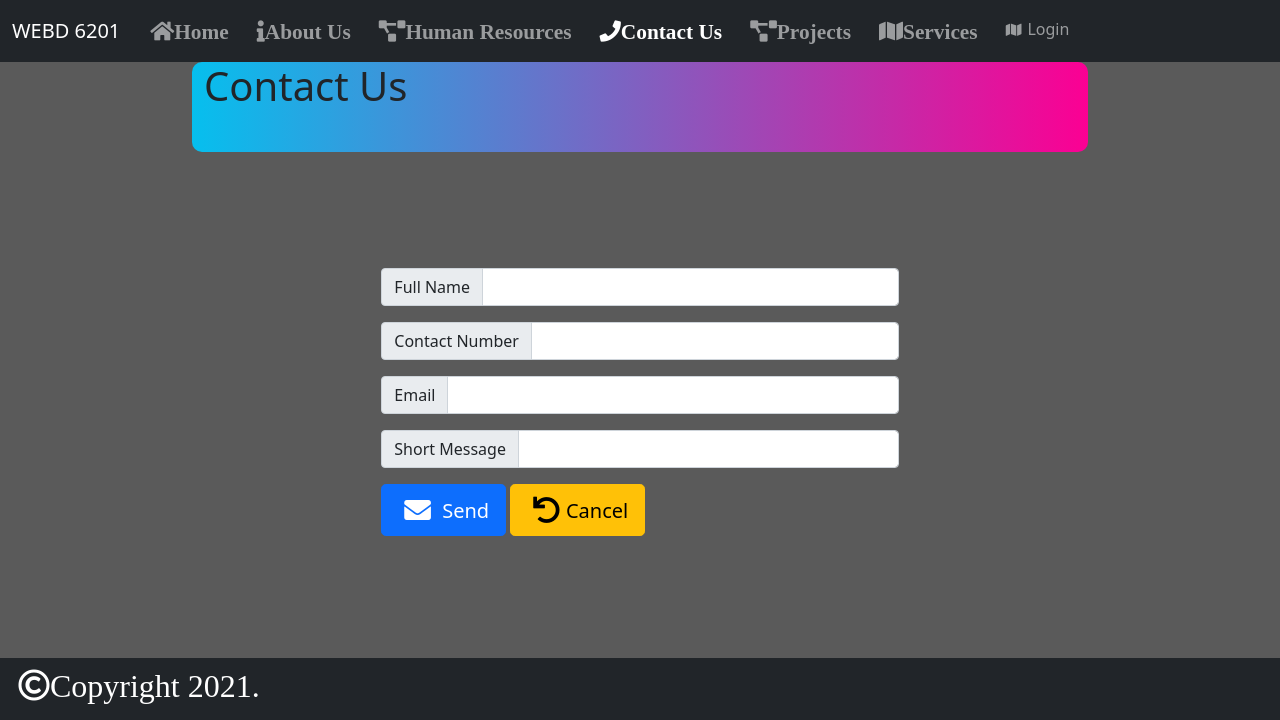
Repository: vans12345678/WEBD6201-W2021-Lab2
Page: contact.html
The author's editor kept a copy of each file at every save. The page is drawn from the files as they stood at one save, then again after the next save.
The browser window is 1280 px wide. The pictures show the whole page.

Above is the page before, as saved 2021-02-25 19:26:05.

### contact.html
<!--contact.html
Name: Andre Agrippa, Michai Pryce
Date: 02/05/2021
-->
<!DOCTYPE html>
<html lang="en">
<head>
    <meta charset="UTF-8">
    <meta name="viewport" content="width=device-width, initial-scale=1.0">
    <title>Contact Us</title>

    <!-- CSS Section -->
    <link rel="stylesheet" href="./node_modules/bootstrap/dist/css/bootstrap.min.css">
    <link rel="stylesheet" href="./node_modules/@fortawesome/fontawesome-free/css/all.min.css">
    <link rel="stylesheet" href="./Content/app.css">
</head>
<body>
  <!-- Main Header -->
    <header>
      <!-- Main Navigation -->
        <nav class="navbar navbar-expand-lg navbar-dark bg-dark">
            <div class="container-fluid">
              <a id ="navHome" class="navbar-brand" href="index.html"></a>
              <button class="navbar-toggler" type="button" data-bs-toggle="collapse" data-bs-target="#navbarSupportedContent" aria-controls="navbarSupportedContent" aria-expanded="false" aria-label="Toggle navigation">
                <span class="navbar-toggler-icon"></span>
              </button>
              <div class="collapse navbar-collapse" id="navbarSupportedContent">
                <ul id = "ulNav" class="navbar-nav me-auto mb-2 mb-lg-0">
                  <li class="nav-item">
                    <a  class="nav-link " aria-current="page" href="index.html"><i id ="navIndex"class = "fas fa-home fa-lg"></i></a>
                  </li>
                  <li class="nav-item" id ="navAbout">
                    <a  class="nav-link " aria-current="page" href="about.html"><i id ="navAboutItem"class = "fas fa-info fa-lg"></i></a>
                  </li>
                  <li class="nav-item">
                    <a  class="nav-link active" aria-current="page" href="contact.html"><i id ="navContact"class = "fas fa-phone fa-lg"></i></a>
                  </li>
                  <li class="nav-item">
                    <a  class="nav-link" aria-current="page" href="projects.html"><i id ="navProjects" class ="fas fa-project-diagram fa-lg">Products</i></a>
                  </li>
                  <li class="nav-item">
                    <a  class="nav-link " aria-current="page" href="services.html"><i id ="navServices"class = "fas fa-map fa-lg"></i></a>
                  </li>
                  <li class="nav-item" id ="navLogin">

                  </li>
                </ul>
              </div>
            </div>
          </nav>
    </header>
  <!-- Main Contents -->
    <main>
        <h1 class = "container">Contact Us</h1>
        <div class = "row justify-content-lg-center g-3 contact-form ">
          <form id = "contactForm" class = "col-col-lg-6 col-md-5 col-sm-10">
            <div class="warnMessage alert" id="messageArea"></div>
            <div class="input-group mb-3">
              <span class="input-group-text" id="inputGroup-sizing-default">Full Name</span>
              <input id = "fullName" type="text" class="form-control" aria-label="Full Name" aria-describedby="Full Name Input"
              name = "fullName" required>
            </div>
            <div class="input-group mb-3">
              <span class="input-group-text" id="inputGroup-sizing-default">Contact Number</span>
              <input id = "contactNumber" type="tel" class="form-control" aria-label="Contact Number" aria-describedby="Contact Number Input"
              name = "contactNumber" required>
            </div>
            <div class="input-group mb-3">
              <span class="input-group-text" id="inputGroup-sizing-default">Email</span>
              <input id = "emailAddress" type="email" class="form-control" aria-label="Email Address" aria-describedby="Email Address Input"
              name = "emailAddress" required>
            </div>
            <div class="input-group mb-3">
              <span class="input-group-text" id="inputGroup-sizing-default">Short Message</span>
              <input id = "shortMessage" type="text" class="form-control" aria-label="Short Message" aria-describedby="Short Message Input"
              name = "shortMessage" required>
            </div>
          <button id = "sendButton" type="submit" class="btn btn-primary btn-lg"><i class="fas fa-envelope fa-lg"></i> Send</button>
          <button id = "cancelButton" type="reset" class="btn btn-warning btn-lg"><i class="fas fa-undo fa-lg"></i>Cancel</button>
        </form>

        </div>


    </main>
    <!-- Main Footer -->
    <footer>
      <nav class="navbar fixed-bottom navbar-dark bg-dark">
          <div class="container-fluid">
              <h4><i id = "footer"class="far fa-copyright fa-lg site-footer"></i></h4>
          </div>
        </nav>
  </footer>
    <!-- Script Section -->
    <script src="./node_modules/jquery/dist/jquery.min.js"></script>
    <script src="./node_modules/bootstrap/dist/js/bootstrap.bundle.min.js"></script>
    <script src="./Scripts/contact.js"></script>
    <script src="./Scripts/namespace.js"></script>
    <script src="./Scripts/user.js"></script>
    <script src="./Scripts/app.js"></script>

</body>
</html>

### Content/app.css
/* custom css goes here */
.Vapor {
    background-image: url('../images/vapor.jpg');
    background-repeat: no-repeat;
    background-attachment: fixed;
    background-size: 100% 100%;
  }
  a {
    color: greenyellow;
  }
  .textFont
  {
    font-family: Arial, Helvetica, sans-serif;
    line-height: 32px;
  }
  body
  {
    background-color: rgb(90, 90, 90);
  }
  h1.container{
    border-radius: 10px;
    width: 70%;
    height: 90px;
    margin: 0px auto;
    background: linear-gradient(90deg,#06bfee,#fb0093)
  }
  h1.projects{
    background-color: white;
  }
  .contact-table{
    width: 100%;
    margin:  50px auto;
    background-color: white;
  }
  .contact-form
  {
    width: 100%;
    margin:  100px auto;
  }
  .warnMessage
  {
    width: 90%;
    margin:  50px;
  }
  .site-footer {
    color:white;
  }
  .formMargin
  {
    margin: 35px 70px;
  }
  .inputMargin
  {
    margin: 5px 10px;
  }
  .fromBackground
  {
    background-color: rgba(20, 174, 235, 0.822);
    border: 5px solid rgb(0, 238, 255);

  }
  i{
    margin:7px 6px;
  }

### Scripts/contact.js
/************************************************************
 * Name: Andre Agrippa, Michai Pryce
 * Date: 01/20/2021
 * Description: This file creates a contact class used to
 * create/display contacts for the web application
 */
"use strict";
class Contact {

    //Getters and setters
    get FullName() {
        return this.m_fullName;
    }
    set FullName(value) {
        this.m_fullName = value;
    }
    get ContactNumber() {
        return this.m_contactNumber;
    }
    set ContactNumber(value) {
        this.m_contactNumber = value;
    }
    get EmailAddress() {
        return this.m_emailAddress;
    }
    set EmailAddress(value) {
        this.m_emailAddress = value;
    }
    get ShortMessage(){
        return this.m_shortMessage;
    }
    set ShortMessage(value) {
        this.m_shortMessage = value;
    }
    /**
     *
     * @param {string} fullName
     * @param {string} contactNumber
     * @param {string} emailAddress
     * @param {string} shortMessage
     */
    constructor(fullName = "", contactNumber = "", emailAddress = "", shortMessage = "") {
        this.FullName = fullName;
        this.ContactNumber = contactNumber;
        this.EmailAddress = emailAddress;
        this.ShortMessage = shortMessage;
    }

    /**
     *This method overrides the built-in toString() method for Contact class
     *
     * @return {*}
     * @memberof Contact
     */
    toString()
    {
        return `Full Name       : ${this.FullName} \nContactNumber       : ${this.ContactNumber}
        \nEmailAddress       :${this.EmailAddress} \nShortMessage       :${this.ShortMessage}`;
    }
    /**
     *This method returns a JSON object made up of the properties of the Contact class
     *
     * @return {Object}
     * @memberof Contact
     */
    toJSON()
    {
        return{
            "fullName": this.FirstName,
            "contactNumber": this.ContactNumber,
            "emailAddress": this.EmailAddress,
            "shortMessage": this.ShortMessage
        }
    }
    /**
     *
     *This method returns the Contact into a comma-separated value string
     * @return {string}
     * @memberof Contact
     */
    serialize()
    {
        if(this.FullName !== "" && this.ContactNumber !== "" && this.EmailAddress !== "" && this.ShortMessage !== "")
        {
            return `${this.FullName}, ${this.ContactNumber}, ${this.EmailAddress}, ${this.ShortMessage}`;
        }
        else
        {
            console.error("One or more properties of the Contact is empty");
            return null;
        }
    }
    /**
     *This method takes a comma-separated data string assigns values to the Contact class properties
     *
     * @param {string} data
     * @returns {void}
     * @memberof Contact
     */
    deserialize(data)
    {
        let propertyArray = data.split(",");

        this.FullName = propertyArray[0];
        this.ContactNumber = propertyArray[1];
        this.EmailAddress = propertyArray[2];
        this.ShortMessage = propertyArray[3];

    }
}

### Scripts/namespace.js
//Namespace core
let core;

### Scripts/user.js
"use strict";
// User Class

((core)=>
{
  class User {
    // getters and setters
    get DisplayName()
    {
      return this.m_displayName;
    }

    set DisplayName(value)
    {
      this.m_displayName = value;
    }

    get EmailAddress()
    {
      return this.m_emailAddress;
    }

    set EmailAddress(value)
    {
      this.m_emailAddress = value;
    }

    get Username()
    {
      return this.m_username;
    }

    set Username(value)
    {
      this.m_username = value;
    }
    get Password()
    {
      return this.m_password;
    }

    set Password(value)
    {
      this.m_password = value;
    }

    // constructor
    /**
     * Creates an instance of user
     * @param {string} displayName
     * @param {string} emailAddress
     * @param {string} username
     * @param {string} password
     */
    constructor(displayName = "", emailAddress = "", username = "", password = "")
    {
      this.DisplayName = displayName;
      this.EmailAddress = emailAddress;
      this.Username = username;
      this.Password = password;

    }

    // methods

    /**
     * This method overrides the built-in toString method for the User class
     *
     * @returns {string}
     */
    toString()
    {
      return `Display Name     : ${this.DisplayName}\nEmail Address : ${this.EmailAddress}\nUser Name : ${this.Username}`;
    }

    /**
     * This method returns a JSON object made up of the properties of the User class
     *
     * @returns {Object}
     */
    toJSON()
    {
      return {
        "DisplayName": this.DisplayName,
        "EmailAddress": this.EmailAddress,
        "Username":this.Username
      }
    }

    /**
     * This method takes a JSON data object and assigns the value to the User class properties
     *
     * @param {Object} data
     */
    fromJSON(data)
    {
      this.DisplayName = data.DisplayName;
      this.EmailAddress = data.EmailAddress;
      this.Username = data.Username;
      this.Password = data.Password;
    }

    /**
     * This method converts the User into a comma-separated value string
     *
     * @returns {string}
     */
    serialize()
    {
      if(this.DisplayName !== "" && this.EmailAddress !== "" && this.Username !== "")
      {
        return `${this.DisplayName},${this.EmailAddress},${this.Username}`;
      }
      else
      {
        console.error("One or more properties of the User is empty");
        return null;
      }
    }

    /**
     * This method takes a comma-separated data string and assigns the values to the User class properties
     *
     * @param {string} data
     * @return {void}
     */
    deserialize(data)
    {
      let propertyArray = data.split(",");
      this.DisplayName = propertyArray[0];
      this.EmailAddress = propertyArray[1];
      this.Username = propertyArray[2];
    }
  }

  core.User = User;

})(core || (core={}));

### Scripts/app.js
/************************************************************
 * Name: Andre Agrippa, Michai Pryce
 * Date: 01/20/2021
 * Description: This file adds functionality to the Home,
 * About Us, Human Resources, Contact Us, Projects and Services
 * pages.
 * Date Completed:
 */

"use strict";


(function(){

    /**
     * Display Nav bar function to display nav and footer
     */
    function DisplayNav()
    {
        let navTextElement = document.getElementById("navHome").textContent = "WEBD 6201";
        navTextElement = document.getElementById("navIndex").textContent = "Home";
        navTextElement = document.getElementById("navAboutItem").textContent = "About Us";

        let navAboutElement = document.getElementById("navAbout");
        let hrListItem = document.createElement("li");
        hrListItem.setAttribute("id", "liHumanResources");
        hrListItem.setAttribute("class", "nav-item");
        let navbar = document.getElementById("ulNav").appendChild(hrListItem);
        hrListItem.innerHTML = `<a class="nav-link" aria-current="page" href="human-resources.html">
        <i id ="navHumanResources" class ="fas fa-project-diagram fa-lg">Human Resources</i></a>`;
        if(document.title === "Human Resources"){
            hrListItem.innerHTML = `<a class="nav-link active" aria-current="page" href="human-resources.html">
            <i id ="navHumanResources" class ="fas fa-project-diagram fa-lg">Human Resources</i></a>`;
        }

        navAboutElement.after(hrListItem);

        navTextElement = document.getElementById("navContact").textContent = "Contact Us";
        navTextElement = document.getElementById("navProjects").textContent = "Projects";
        navTextElement = document.getElementById("navServices").textContent = "Services";
        navTextElement = document.getElementById("navLogin").innerHTML = `<a  class="nav-link " aria-current="page" href="login.html"><i class = "fas fa-map fa-sm"></i>Login</a>`;
        navTextElement = document.getElementById("footer").textContent = "Copyright 2021.";
    }

    /**
     * Display home to display index page
     */
    function displayHome()
    {
        DisplayNav();
        let introText = "This is a simple site to demonstrate the about, contact, human resources, projects and services requirements for Lab 1 WEBD 6201 - Client Side Scripting";
        let titleText = "Welcome to WEBD 6201";

        let introTextElement = document.getElementById("indexTitle").textContent = titleText;
        introTextElement = document.getElementById("indexParagraph").textContent = introText;

    }
    /**
     * Display about to display about the creators
     */
    function displayAbout()
    {
        DisplayNav();

        //About Andre
        let aboutElement = document.getElementById("aboutTitle").textContent = "About Us";
        aboutElement = document.getElementById("aboutAText");
        aboutElement.innerHTML = `<h1>Andre Agrippa:</h1>
        <p class = "">I'm a 2nd year student at Durham College in the Computer Programming and Analysis program. I've been
        coding for several years now because I enjoy it and always looking to improve in this aspect.</p>
        <a class = "fa-lg" href="./resumes/andre_resume.pdf" download>Resume Download</a></br></br>
        <img src="./images/aa.jpg" alt="" style="width:500px;height:450px;">`;

        //About Michai
        aboutElement.innerHTML += `<h1>Michai Pryce:</h1>
        <p class = ""> Hello, I am in my final year in the Computer Programming Program at Durham College. I love
        to code and learn about the evergrowing advancements in technology. This is the demonstration for our first lab!
        </p>
        <a class = "fa-lg" href="./resumes/Copy_of_Resume.docx" download>Resume Download</a></br></br>
        <img src="./images/m.jpg" alt="" style="width:500px;height:450px;">`;

    }
    /**
     * Display top 3 projects page
     */
    function displayProjects()
    {
        DisplayNav();

        //Projects 1
        let projectsElement = document.getElementById("projectsTitle").textContent = "Projects";
        projectsElement = document.getElementById("projectsText").innerHTML =
        `<h3>Project One: COBOL Item List</h3>
        <p>This project reads records from a .dat file, performs calculations on the data then outputs it to a .out file neatly formatted.</p>
        <img src="./images/p1.png" alt="" style="width:800px;height:500px;">`;

        //Projects 2
        projectsElement = document.getElementById("projectsText").innerHTML +=
        `<h3>Project Two: C#, XAML, MDF  Preferred Shares and Common Shares</h3>
        <p>This project uses XAML for the windows form and a database to keep track of common and preferred shares.
        The database keeps track of how many shares(common/preferred) are  available and validation is applied.</p>
        <img src="./images/p2.png" alt="" style="width:800px;height:500px;">`;

        //Projects 3
        projectsElement = document.getElementById("projectsText").innerHTML +=
        `<h3>Project Three: ASP.NET and MVC Framework Animal Shelter</h3>
        <p>This project is a web application that keeps track of animals, owners, appointment and login info in a database.
        Relational database concepts are applied.</p>
        <img src="./images/p3.png" alt="" style="width:800px;height:500px;">`;

    }
    /**
     * Display top 3 services page
     */
    function displayServices()
    {
        DisplayNav();

        //Services 1
        let servicesElement = document.getElementById("servicesTitle").textContent = "Services";
        servicesElement = document.getElementById("servicesText").innerHTML =
        `<h3>Web Development:</h3>
        <p>We offer a variety of different web development (Front-end, Back-end, Databases). Languages (PHP, ASP.NET, JavaScript)</p>
        <img src="./images/s1.jpg" alt="" style="width:800px;height:500px;">`;

        //Services 2
        servicesElement = document.getElementById("servicesText").innerHTML +=
        `<h3>OOP Programming</h3>
        <p>We offer a variety of different Object Oriented Programming. We're experienced with C#, C++, Java etc.
        Whether it be windows forms applications, console applications GUI, etc.</p>
        <img src="./images/s2.png" alt="" style="width:800px;height:500px;">`;

        //Services 3
        servicesElement = document.getElementById("servicesText").innerHTML +=
        `<h3>Database Management System</h3>
        <p>It's been almost 3 years since we've had experience in database development. We've used software such as
        Microsoft SQL Server and PgAdmin4. Experienced with relational database concepts.</p>
        <img src="./images/s3.jpg" alt="" style="width:800px;height:500px;">`;


    }
    /**
     * Display contact form page
     */
    function displayContact()
    {
        DisplayNav();

        let messageArea = document.getElementById("messageArea");
        messageArea.hidden = true;

        //form validation
        let fullName = document.getElementById("fullName");
        fullName.addEventListener("blur", function()
        {
            if(fullName.value.length < 2)
            {
                fullName.focus();
                fullName.select();
                messageArea.hidden = false;
                messageArea.className = "alert alert-danger  ";
                messageArea.textContent = "Please enter an appropriate name > 2 characters";
            }
            else
            {
                messageArea.removeAttribute("class");
                messageArea.hidden = true;
            }
        });
            let sendButton = document.getElementById("sendButton");
            sendButton.addEventListener("click", function(event)
            {
                event.preventDefault();
                // //Displays twice?

                let contact = new Contact(fullName.value,contactNumber.value, emailAddress.value, shortMessage.value);

                console.log(contact.serialize());
                if(contact.serialize())
                {
                    localStorage.setItem((localStorage.length + 1).toString(),contact.serialize());

                    window.location.href = "index.html";
                }

            });

    }
    /**
     * Human resources page
     */
    function displayHumanResources()
    {
        DisplayNav();
    }
    function displayLogin()
    {
        DisplayNav();
        let messageArea = document.getElementById("messageArea");
        $("#loginButton").on("click", function ()
        {
            let username = $("#username");
            let password = $("#password");
            let success = false;
            let newUser = new core.User();

            //user ajax to access the json file
            $.get("./Data/users.json", function(data)
            {
                //Check each user in the users.json file (linear search)
                for (const user of data.users) {
                    if(username.val()== user.Username && password.val() == user.Password)
                    {
                        newUser.fromJSON(user);
                        success = true;
                        break;
                    }
                }

                //If username and password matches - success, then login
                if(success)
                {
                    //Add user to session storage
                    sessionStorage.setItem("user", newUser.serialize());

                    //hide any error messages
                    messageArea.hidden = true;

                    //redirect user to secure area (contact list?)
                    location.href = "index.html";
                }
                else
                {
                    //display error message
                    username.trigger("focus").trigger("select");
                    messageArea.hidden = false;
                    messageArea.className = "alert alert-danger text-center";
                    messageArea.textContent = "Error: Invalid login information";
                    //messageArea.show().addClass("alert alert-danger").text("Error: Invalid login information");
                }
            });
        });
    }
    function displayRegister()
    {
        DisplayNav();
    }

    function toggleLogin()
    {
        //if the user is logged in
        if(sessionStorage.getItem("user"))
        {
            //change login to logout
            $("#navLogin").html(
                `<a id="navLogout" class="nav-link" aria-current="page" href="#"><i class="fas fa-sign-out-alt"></i> Logout</a>`
            );

            //Add functionality to logout button
            $("#navLogout").on("click", function()
            {
                //terminate session
                sessionStorage.clear();

                //redirect back to login page
                location.href = "login.html";
            });

        }
    }

    /**
     * Start function, depending on document title will load specific page
     */
    function Start()
    {
        console.log("App Started...");

        //Based of title of html
        switch(document.title)
        {
            case "Index":
                displayHome();
                break;
            case "About Us":
                displayAbout();
                break;
            case "Projects":
                displayProjects();
                break;
            case "Services":
                displayServices();
                break;
            case "Contact Us":
                displayContact();
                break;
            case "Contact-List":
                displayContactList();
                break;
            case "Human Resources":
                displayHumanResources();
                break;
            case "Login":
                displayLogin();
                break;
            case "Register":
                displayRegister();
                break;
        }

        toggleLogin();

    }

    window.addEventListener("load", Start);

    core.Start = Start;

})(core || (core={}));

Loaded but not shown: node_modules/bootstrap/dist/css/bootstrap.min.css (library); node_modules/@fortawesome/fontawesome-free/css/all.min.css (library); node_modules/jquery/dist/jquery.min.js (library); node_modules/bootstrap/dist/js/bootstrap.bundle.min.js (library)

After the next save:
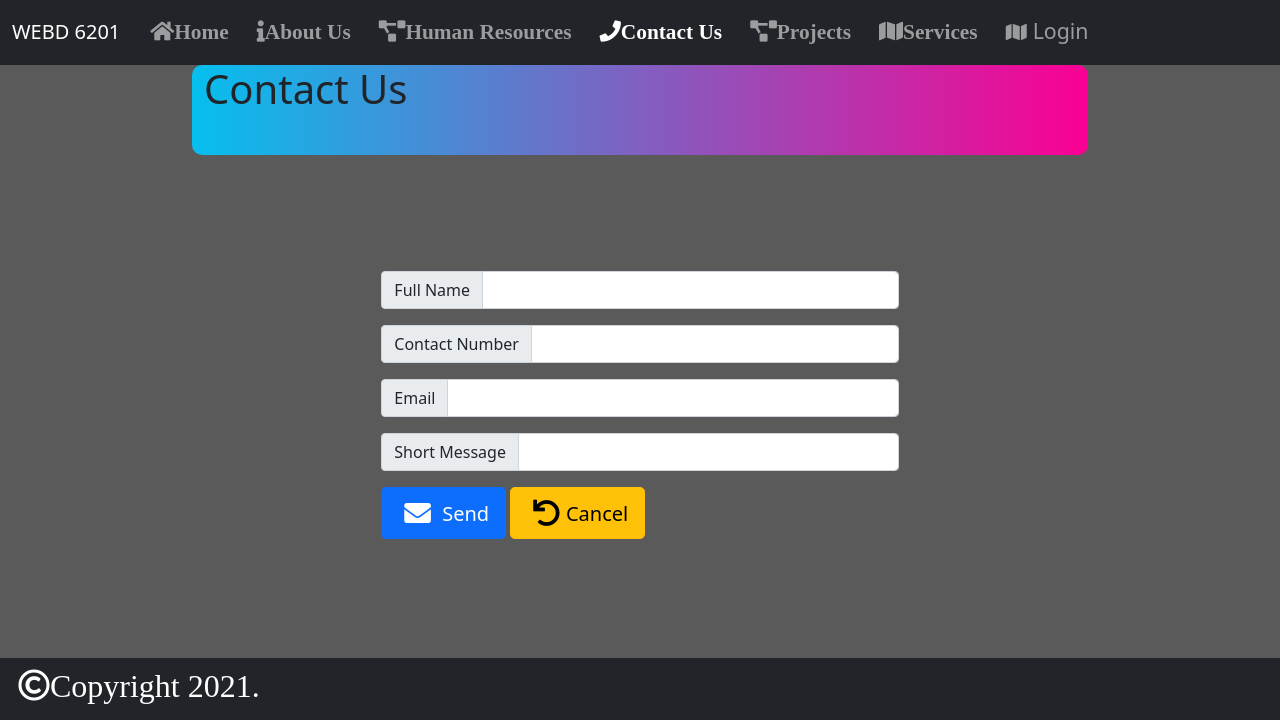
Saved 7 s later.
--- a/Scripts/app.js
+++ b/Scripts/app.js
@@ -38,7 +38,7 @@
         navTextElement = document.getElementById("navContact").textContent = "Contact Us";
         navTextElement = document.getElementById("navProjects").textContent = "Projects";
         navTextElement = document.getElementById("navServices").textContent = "Services";
-        navTextElement = document.getElementById("navLogin").innerHTML = `<a  class="nav-link " aria-current="page" href="login.html"><i class = "fas fa-map fa-sm"></i>Login</a>`;
+        navTextElement = document.getElementById("navLogin").innerHTML = `<a  class="nav-link fa-lg" aria-current="page" href="login.html"><i class = "fas fa-map fa-sm"></i>Login</a>`;
         navTextElement = document.getElementById("footer").textContent = "Copyright 2021.";
     }
 
